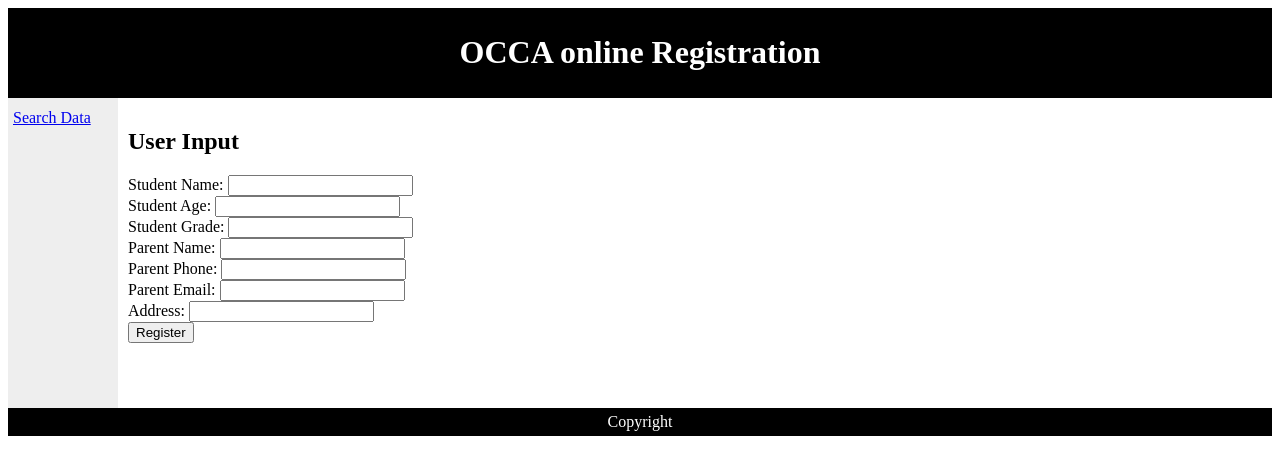
Repository: dreamxia329/TechExercise4830
Page: T3-0325-xia/T3-webProject-Xia/WebContent/index.html
An editor plug-in stored every save of this project. The page is shown before and after the next save, followed by the edit.
The browser window is 1280 px wide. The pictures show the whole page.

Above is the page before, as saved 2022-03-30 02:50:24.

After the next save:
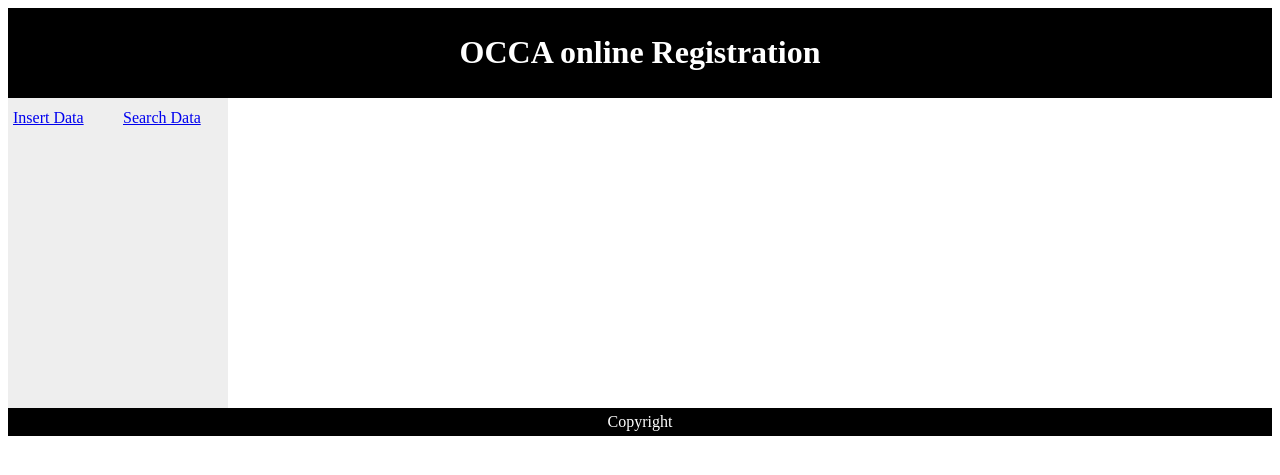
Saved 15 min 14 s later.
--- a/T3-0325-xia/T3-webProject-Xia/WebContent/index.html
+++ b/T3-0325-xia/T3-webProject-Xia/WebContent/index.html
@@ -35,28 +35,15 @@ footer {
 <h1> OCCA online Registration </h1>
 </header>
 
+    <nav>
+		<a href="/T3-webProject-Xia/insert_xia.html">Insert Data</a> <br>
+	</nav>
+
 <nav>
 <a href="/T3-webProject-Xia/search_xia.html">Search Data</a> <br>
 </nav>
 
-<section>
-	<h1>User Input</h1>
 
-	<form action="InsertXia" method="POST">
-
-		Student Name: <input type="text" name="studentName"> <br />
-		Student Age: <input type="text" name="studentAge"> <br />
-		Student Grade: <input type="text" name="studentGrade"> <br />
-		Parent Name:  <input type="text" name="parentName"> <br />
-		Parent Phone: <input type="text" name="parentPhone"> <br />
-		Parent Email: <input type="text" name="parentEmail"> <br />
-		Address: <input type="text" name="address"> <br />
-
-
-		<input type="submit" value="Register" />
-	</form>
-
-</section>
 
 <footer>
 Copyright
